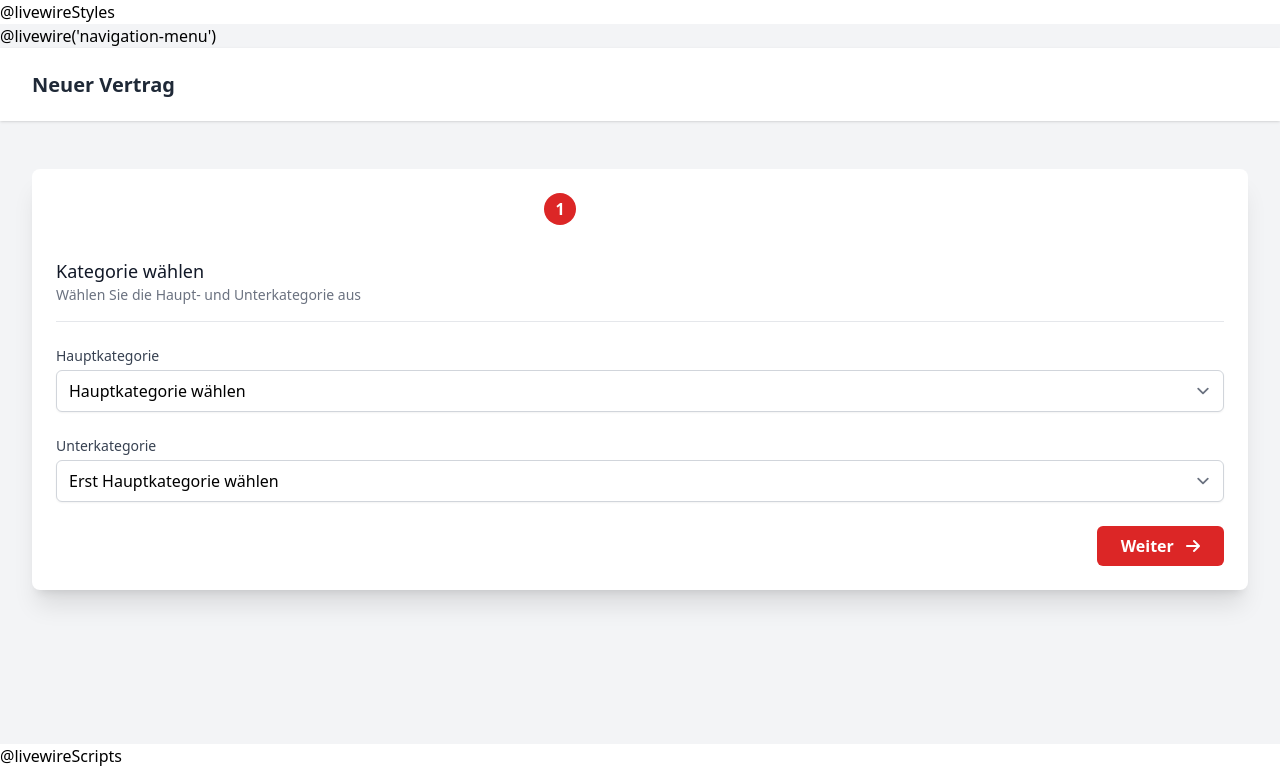
Repository: asanduk/vodafone
Page: resources/views/contracts/create.blade.php
An editor plug-in stored every save of this project. The page is shown before and after the next save, followed by the edit.
The browser window is 1280 px wide. The pictures show the whole page.
The page is served by the project's Laravel application, run on PHP 8.4 with Laravel 12. The template is opened directly, without the code that normally fills it, so the values that code supplies are empty.

Above is the page before, as saved 2025-04-01 22:30:41.

After the next save:
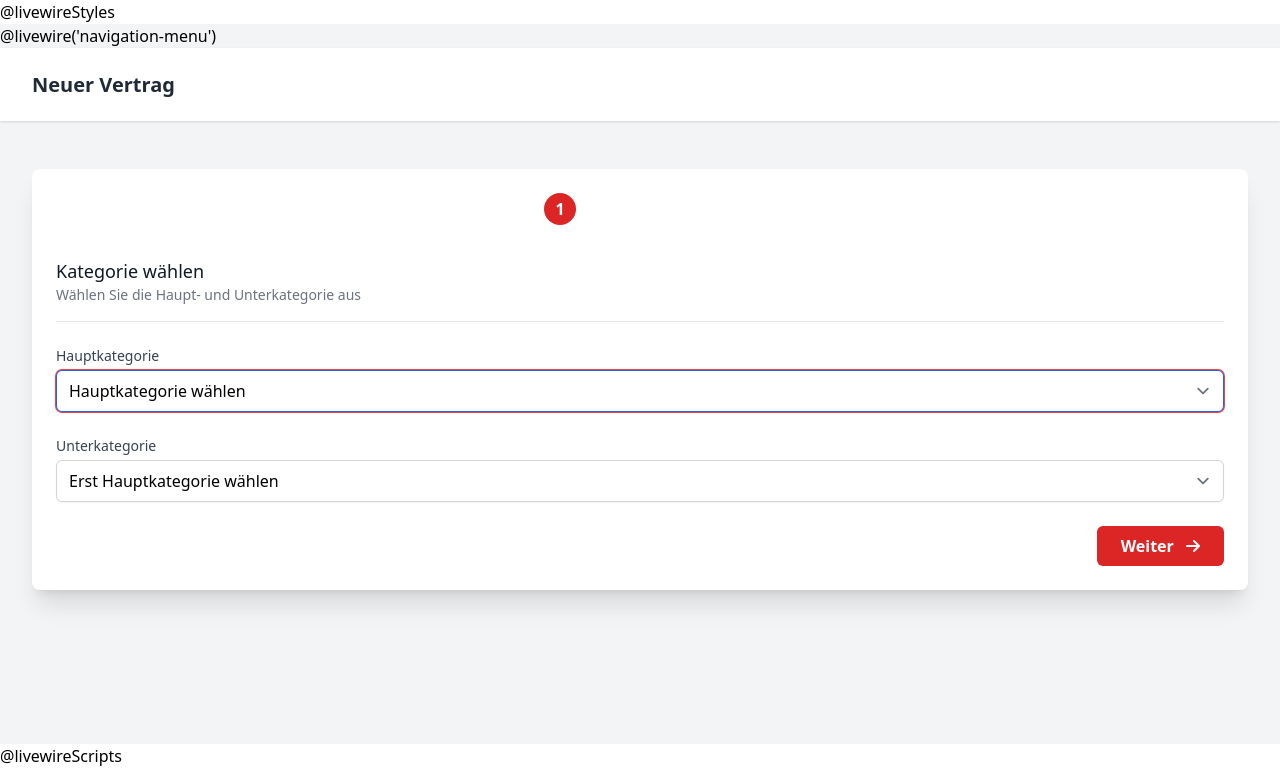
Saved 112 s later.
--- a/resources/views/contracts/create.blade.php
+++ b/resources/views/contracts/create.blade.php
@@ -131,9 +131,14 @@
                             <button type="button" onclick="prevStep(3)" class="bg-gray-500 hover:bg-gray-600 text-white font-bold py-2 px-6 rounded-md">
                                 <i class="fas fa-arrow-left mr-2"></i> Zurück
                             </button>
-                            <button type="submit" class="bg-red-600 hover:bg-red-700 text-white font-bold py-2 px-6 rounded-md">
-                                <i class="fas fa-check mr-2"></i> Vertrag erstellen
-                            </button>
+                            <div class="flex space-x-3">
+                                <button type="submit" class="bg-red-600 hover:bg-red-700 text-white font-bold py-2 px-6 rounded-md">
+                                    <i class="fas fa-check mr-2"></i> Speichern
+                                </button>
+                                <button type="button" onclick="resetForm()" class="bg-green-600 hover:bg-green-700 text-white font-bold py-2 px-6 rounded-md">
+                                    <i class="fas fa-plus mr-2"></i> Neuer Vertrag
+                                </button>
+                            </div>
                         </div>
                     </div>
                 </form>
@@ -207,9 +212,35 @@
             }
         }
 
+        // Form resetleme fonksiyonu
+        function resetForm() {
+            // Form'u sıfırla
+            document.getElementById('contractForm').reset();
+
+            // Kategori ve alt kategori seçimlerini sıfırla
+            document.getElementById('category_id').value = '';
+            document.getElementById('subcategory_id').innerHTML = '<option value="">Erst Hauptkategorie wählen</option>';
+
+            // Provision'u sıfırla
+            document.getElementById('commission_amount').value = '';
+
+            // İlk adıma dön
+            document.getElementById('step3').classList.add('hidden');
+            document.getElementById('step1').classList.remove('hidden');
+
+            // Göstergeleri sıfırla
+            updateStepIndicators(1);
+
+            // Kategori seçimine odaklan
+            document.getElementById('category_id').focus();
+        }
+
         // Sayfa yüklendiğinde ilk adımı göster
         document.addEventListener('DOMContentLoaded', function() {
             updateStepIndicators(1);
+
+            // Kategori seçimine otomatik odaklan
+            document.getElementById('category_id').focus();
 
             // Diğer event listener'lar...
             const categorySelect = document.getElementById('category_id');
